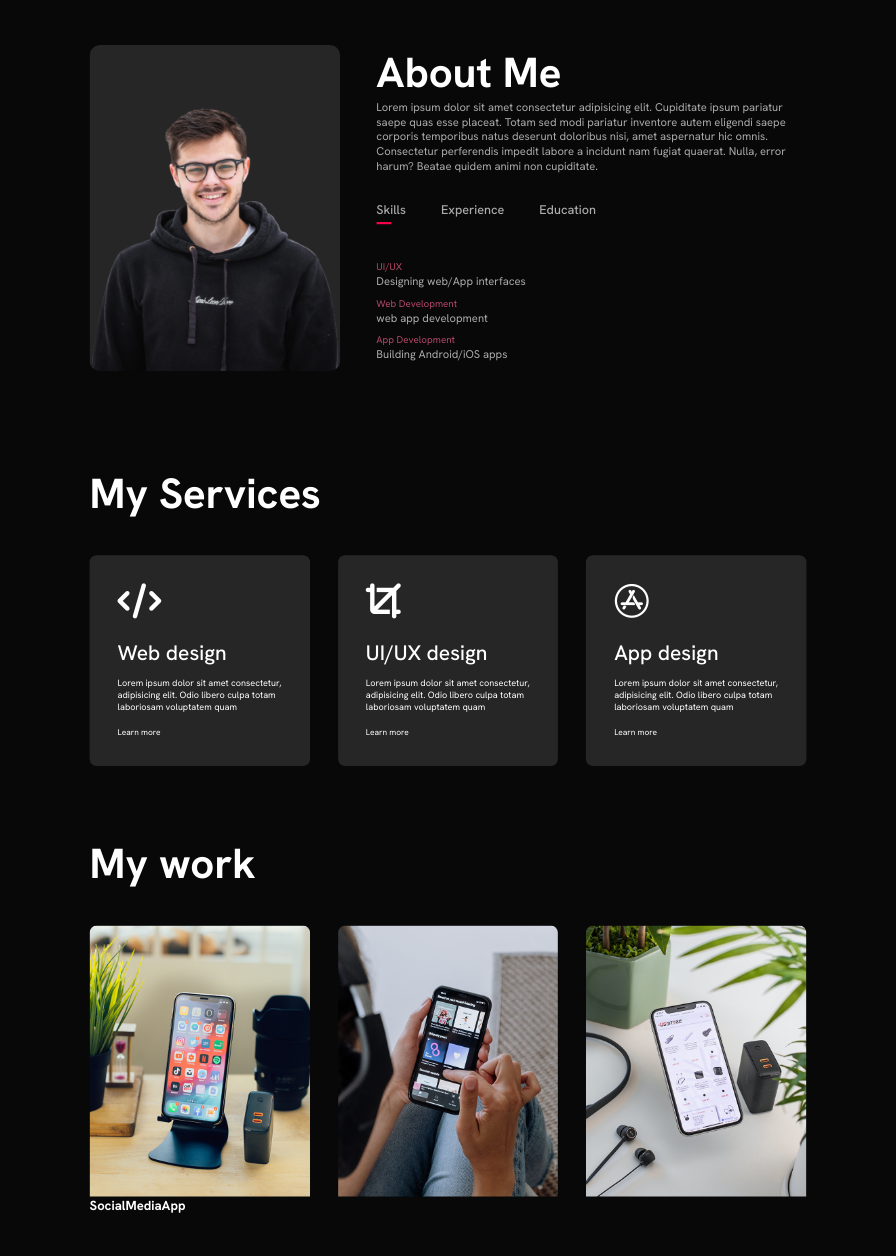
Repository: devsajid/Portfolio-website-with-HTML-CSS-JS
Page: index.html
These files come from the project's save history. The page is drawn as it stood at one moment and after a run of saves; the edit follows.
The browser window is 1280 px wide. The pictures show the part of the page from y = 746 to 2666 px (the page is 2540 px tall before and 2666 px after), at 70% of full size.

Above is the page before, as saved 2022-12-26 09:09:34.

### index.html
<!DOCTYPE html>
<html lang="en">
  <head>
    <meta charset="UTF-8" />
    <meta http-equiv="X-UA-Compatible" content="IE=edge" />
    <meta name="viewport" content="width=device-width, initial-scale=1.0" />
    <link rel="stylesheet" href="style.css" />
    <title>My Portfolio Website</title>
    <!-- font -->
    <link rel="preconnect" href="https://fonts.googleapis.com" />
    <link rel="preconnect" href="https://fonts.gstatic.com" crossorigin />
    <link
      href="https://fonts.googleapis.com/css2?family=Hanken+Grotesk:wght@400;500;700&display=swap"
      rel="stylesheet"
    />
    <!-- font-awesome -->
    <link
      rel="stylesheet"
      href="https://cdnjs.cloudflare.com/ajax/libs/font-awesome/6.2.1/css/all.min.css"
      integrity="sha512-MV7K8+y+gLIBoVD59lQIYicR65iaqukzvf/nwasF0nqhPay5w/9lJmVM2hMDcnK1OnMGCdVK+iQrJ7lzPJQd1w=="
      crossorigin="anonymous"
      referrerpolicy="no-referrer"
    />
  </head>
  <body>
    <div id="header">
      <div class="container">
        <nav>
          <img src="images/logo.png" class="logo" alt="logo" />
          <ul>
            <li><a href="#" class="nav-link nav-link-ltr"> Home</a></li>
            <li><a href="#" class="nav-link nav-link-ltr"> About</a></li>
            <li><a href="#" class="nav-link nav-link-ltr"> Services</a></li>
            <li><a href="#" class="nav-link nav-link-ltr"> Portfolio</a></li>
            <li><a href="#" class="nav-link nav-link-ltr"> Contact</a></li>
          </ul>
        </nav>
        <div class="header-text">
          <p>Web Developer and Designer</p>
          <h1>
            Hi, I'm <span> Sajidur Rahman</span> <br />
            from Bangladesh
          </h1>
        </div>
      </div>
    </div>
    <!-- About section -->
    <div id="about">
      <div class="container">
        <div class="row">
          <div class="about-col-1">
            <img src="images/user.png" alt="user" />
          </div>
          <div class="about-col-2">
            <h2 class="sub-title">About Me</h2>
            <p>
              Lorem ipsum dolor sit amet consectetur adipisicing elit.
              Cupiditate ipsum pariatur saepe quas esse placeat. Totam sed modi
              pariatur inventore autem eligendi saepe corporis temporibus natus
              deserunt doloribus nisi, amet aspernatur hic omnis. Consectetur
              perferendis impedit labore a incidunt nam fugiat quaerat. Nulla,
              error harum? Beatae quidem animi non cupiditate.
            </p>
            <div class="tab-titles">
              <p
                class="tab-links tab-links-ltr active-link"
                onclick="opentab('skills')"
              >
                Skills
              </p>
              <p
                class="tab-links tab-links-ltr"
                onclick="opentab('experience')"
              >
                Experience
              </p>
              <p class="tab-links tab-links-ltr" onclick="opentab('education')">
                Education
              </p>
            </div>
            <div class="tab-contents active-tab" id="skills">
              <ul>
                <li><span>UI/UX</span><br />Designing web/App interfaces</li>
                <li><span>Web Development</span><br />web app development</li>
                <li>
                  <span>App Development</span><br />Building Android/iOS apps
                </li>
              </ul>
            </div>
            <div class="tab-contents" id="experience">
              <ul>
                <li>
                  <span>2021 - Current</span><br />UI/UX Design Training at ET
                  Institute
                </li>
                <li><span>2019-2021</span><br />Team lead at Start App LLC.</li>
                <li>
                  <span>2016-2017</span><br />Intership at ekart eCommerce
                </li>
              </ul>
            </div>
            <div class="tab-contents" id="education">
              <ul>
                <li><span>2016</span><br />Designing web/App interfaces</li>
                <li><span>2014</span><br />MBA from MIT Banglore</li>
                <li><span>2012</span><br />BBA from ISM Banglore</li>
              </ul>
            </div>
          </div>
        </div>
      </div>
    </div>
    <!-- Services section -->
    <div id="services">
      <div class="container">
        <h2 class="sub-title">My Services</h2>
        <div class="services-list">
          <div>
            <i class="fa-solid fa-code"></i>
            <h2>Web design</h2>
            <p>
              Lorem ipsum dolor sit amet consectetur, adipisicing elit. Odio
              libero culpa totam laboriosam voluptatem quam
            </p>
            <a href="#">Learn more</a>
          </div>
          <div>
            <i class="fa-solid fa-crop"></i>
            <h2>UI/UX design</h2>
            <p>
              Lorem ipsum dolor sit amet consectetur, adipisicing elit. Odio
              libero culpa totam laboriosam voluptatem quam
            </p>
            <a href="#">Learn more</a>
          </div>
          <div>
            <i class="fa-brands fa-app-store"></i>
            <h2>App design</h2>
            <p>
              Lorem ipsum dolor sit amet consectetur, adipisicing elit. Odio
              libero culpa totam laboriosam voluptatem quam
            </p>
            <a href="#">Learn more</a>
          </div>
        </div>
      </div>
    </div>
    <!-- Portfolio section -->
    <div id="portfolio">
      <div class="container">
        <h1 class="sub-title">My work</h1>
        <div class="work-list">
          <div class="work">
            <img src="images/work-1.png" alt="mywork" />
            <div class="layer">
              <h3>SocialMediaApp</h3>
              <p></p>
            </div>
          </div>
          <div class="work">
            <img src="images/work-2.png" alt="mywork" />
          </div>
          <div class="work">
            <img src="images/work-3.png" alt="mywork" />
          </div>
        </div>
      </div>
    </div>
    <!-- javascript -->
    <script>
      var tablinks = document.getElementsByClassName("tab-links");
      var tabcontents = document.getElementsByClassName("tab-contents");

      function opentab(tabname) {
        for (tablink of tablinks) {
          tablink.classList.remove("active-link");
        }
        for (tabcontent of tabcontents) {
          tabcontent.classList.remove("active-tab");
        }
        event.currentTarget.classList.add("active-link");
        document.getElementById(tabname).classList.add("active-tab");
      }
    </script>
  </body>
</html>

### style.css
* {
  margin: 0;
  padding: 0;
  font-family: "Hanken Grotesk", sans-serif;
  box-sizing: border-box;
}
body {
  background: #080808;
  color: #fff;
}
#header {
  width: 100%;
  height: 100vh;
  background-image: url(images/background.png);
  background-size: cover;
  background-position: center;
}
.container {
  padding: 10px 10%;
}
nav {
  display: flex;
  align-items: center;
  justify-content: space-between;
  flex-wrap: wrap;
}
.logo {
  width: 140px;
}
nav ul li {
  display: inline-block;
  list-style: none;
  margin: 10px 20px;
}
.nav-link {
  font-weight: bold;
  font-size: 14px;
  text-transform: uppercase;
  text-decoration: none;
  color: #fff;
  padding: 20px 0px;

  display: inline-block;
  position: relative;
  opacity: 0.75;
}

.nav-link:hover {
  opacity: 1;
}

.nav-link::before {
  transition: 300ms;
  height: 3px;
  content: "";
  position: absolute;
  background-color: #ff004f;
}

.nav-link-ltr::before {
  width: 0%;
  bottom: 10px;
}

.nav-link-ltr:hover::before {
  width: 100%;
}
.header-text {
  margin-top: 20%;
  font-size: 30px;
}
.header-text h1 {
  font-size: 60px;
  margin-top: 20px;
}
.header-text h1 span {
  color: #ff004f;
}
/* About section */
#about {
  padding: 80px 0px;
  color: #ababab;
}
.row {
  display: flex;
  justify-content: space-between;
  flex-wrap: wrap;
}
.about-col-1 {
  flex-basis: 35%;
}
.about-col-1 img {
  width: 100%;
  border-radius: 15px;
}
.about-col-2 {
  flex-basis: 60%;
}
.sub-title {
  font-size: 60px;
  font-weight: 600;
  color: #fff;
}
.tab-titles {
  display: flex;
  margin: 20px 0 40px;
}
.tab-links {
  margin-right: 50px;
  font-size: 18px;
  font-weight: 500;
  cursor: pointer;
  padding: 20px 0px;
  position: relative;
}
.tab-links:hover {
  opacity: 1;
}

.tab-links::before {
  height: 3px;
  content: "";
  position: absolute;
  background-color: #ff004f;
  transition: 3000ms;
}

.tab-links-ltr.active-link::before {
  width: 50%;
  bottom: 10px;
}

.tab-contents ul li {
  list-style: none;
  margin: 10px 0;
}
.tab-contents ul li span {
  color: #b54769;
  font-size: 14px;
}
.tab-contents {
  display: none;
}
.tab-contents.active-tab {
  display: block;
}
/* services */
#services {
  padding: 30px 0;
}
.services-list {
  display: grid;
  grid-template-columns: repeat(auto-fit, minmax(250px, 1fr));
  grid-gap: 40px;
  margin-top: 50px;
}
.services-list div {
  background: #262626;
  padding: 40px;
  font-size: 13px;
  font-weight: 300;
  border-radius: 10px;
  transition: background 0.5s, transform 0.5s;
}
.services-list div i {
  font-size: 50px;
  margin-bottom: 30px;
}
.services-list div h2 {
  font-size: 30px;
  font-weight: 500;
  margin-bottom: 15px;
}
.services-list div a {
  text-decoration: none;
  color: #fff;
  font-size: 12px;
  margin-top: 20px;
  display: inline-block;
}
.services-list div:hover {
  background: #ff004f;
  transform: translateY(-10px);
}
/* Portfolio */
#portfolio {
  padding: 50px 0;
}
.work-list {
  display: grid;
  grid-template-columns: repeat(auto-fit, minmax(250px, 1fr));
  grid-gap: 40px;
  margin-top: 50px;
}
.work {
  border-radius: 10px;
  position: relative;
  overflow: hidden;
}
.work img {
  width: 100%;
  border: 10px;
  display: block;
}

After the next 4 saves:
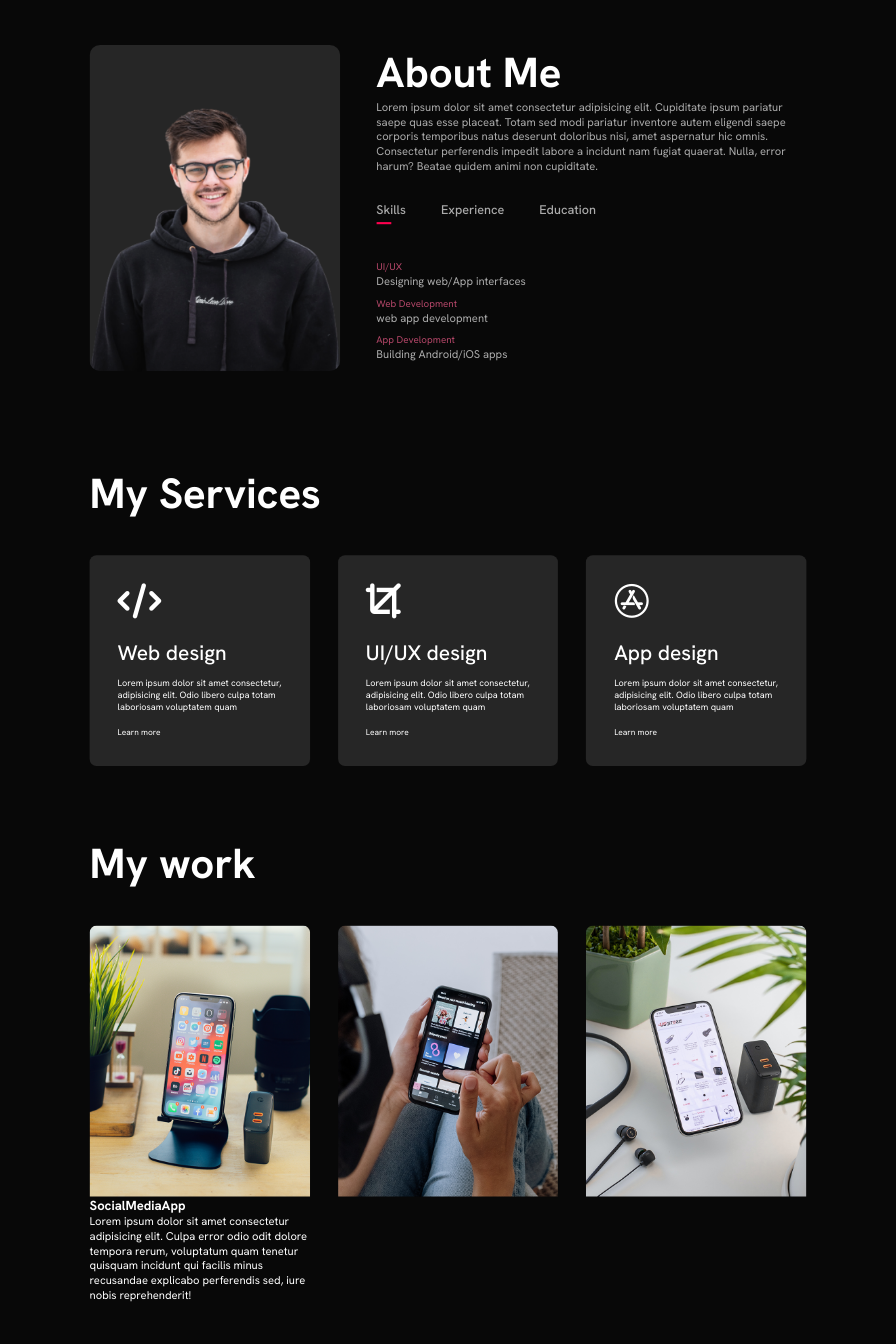
The 4 saves are shown as one change because they came seconds apart.
The last was saved 8 s later.
--- a/index.html
+++ b/index.html
@@ -154,7 +154,12 @@
             <img src="images/work-1.png" alt="mywork" />
             <div class="layer">
               <h3>SocialMediaApp</h3>
-              <p></p>
+              <p>
+                Lorem ipsum dolor sit amet consectetur adipisicing elit. Culpa
+                error odio odit dolore tempora rerum, voluptatum quam tenetur
+                quisquam incidunt qui facilis minus recusandae explicabo
+                perferendis sed, iure nobis reprehenderit!
+              </p>
             </div>
           </div>
           <div class="work">
